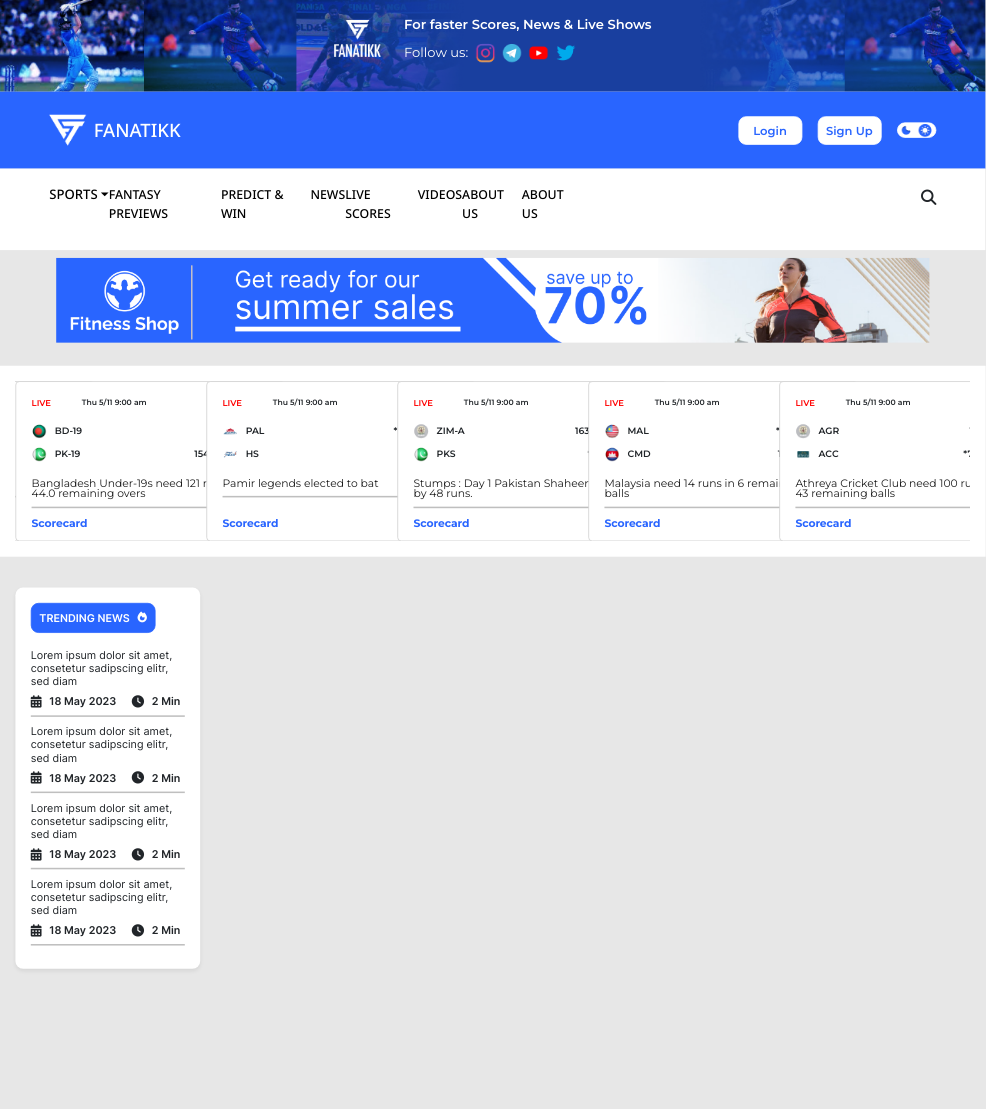
Repository: FlyweisReact/Kannapa
Page: /
These files come from the project's save history. The page is drawn as it stood at one moment and after the next save; the edit follows.
The browser window is 1280 px wide. The pictures show the whole page, at 77% of full size.
Some web libraries are served in a nearby version. The project was rebuilt for these pictures with package versions that can differ from the ones it lists, and the page was loaded fresh each time. Also part of the build but not shown: src/Components/Layout/Footer.js, src/Components/Sliders/Index-video-Slider.js, src/Components/firstScreen.jsx, src/Components/secondScreen.jsx, src/Components/thirdScreen.jsx, src/Components/fourthScreen.jsx, src/CSS/Footer.css.

Above is the page before, as saved 2023-06-03 14:25:58.

After the next save:
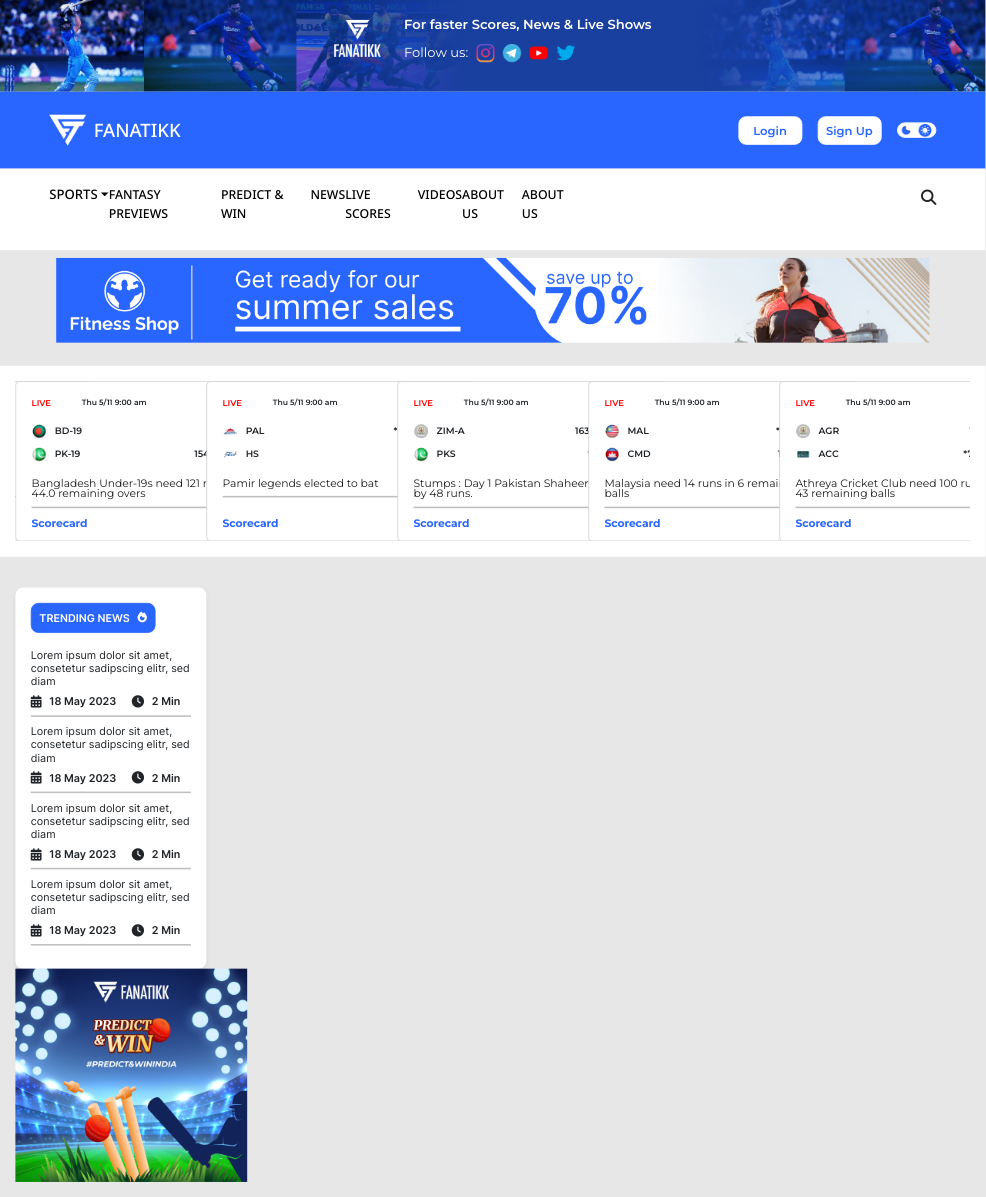
Saved 5 s later.
--- a/src/Pages/HomeScreen.js
+++ b/src/Pages/HomeScreen.js
@@ -129,6 +129,9 @@ const HomeScreen = () => {
 
 
             </div>
+            <div className="BigImage">
+            <img src='./Images/37.png' alt='' />
+              </div>
           </div>
           <div className="Mid_Comp"></div>
           <div className="Right_Comp"></div>
